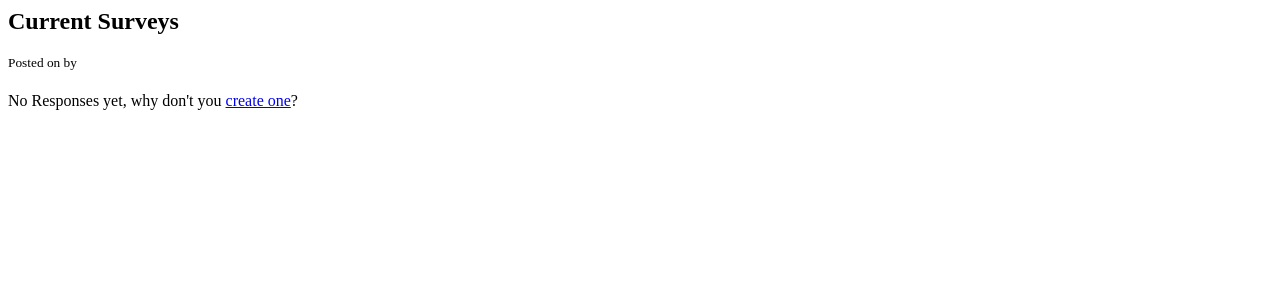
Repository: KristianCastaneda/surveyProject
Page: public/modules/responses/views/list-responses.client.view.html
The author's editor kept a record of every edit. The page is drawn from the files as they stood at one moment, then again after the next edit.
The browser window is 1280 px wide. The pictures show the whole page.

Above is the page before.

### public/modules/responses/views/list-responses.client.view.html
<section data-ng-controller="ResponsesController" data-ng-init="find()">
    <div class="page-header">
        <h1>Current Surveys</h1>
    </div>
    <div class="list-group">
        <a data-ng-repeat="survey in surveys" data-ng-href="#!/responses/{{survey._id}}" class="list-group-item">
			<small class="list-group-item-text">
				Posted on
				<span data-ng-bind="survey.created | date:'medium'"></span>
				by
				<span data-ng-bind="survey.user.displayName"></span>
			</small>
			<h4 class="list-group-item-heading" data-ng-bind="survey.title"></h4>
        </a>
    </div>
    <div class="alert alert-warning text-center" data-ng-hide="!surveys.$resolved || surveys.length">
    	No Responses yet, why don't you <a href="/#!/surveys/create">create one</a>?
    </div>
</section>

After the next edit:
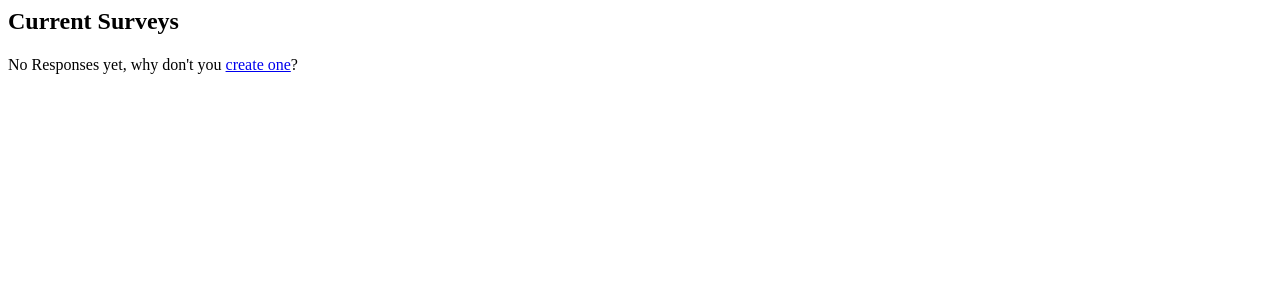
The edit:
--- a/public/modules/responses/views/list-responses.client.view.html
+++ b/public/modules/responses/views/list-responses.client.view.html
@@ -4,12 +4,6 @@
     </div>
     <div class="list-group">
         <a data-ng-repeat="survey in surveys" data-ng-href="#!/responses/{{survey._id}}" class="list-group-item">
-			<small class="list-group-item-text">
-				Posted on
-				<span data-ng-bind="survey.created | date:'medium'"></span>
-				by
-				<span data-ng-bind="survey.user.displayName"></span>
-			</small>
 			<h4 class="list-group-item-heading" data-ng-bind="survey.title"></h4>
         </a>
     </div>
